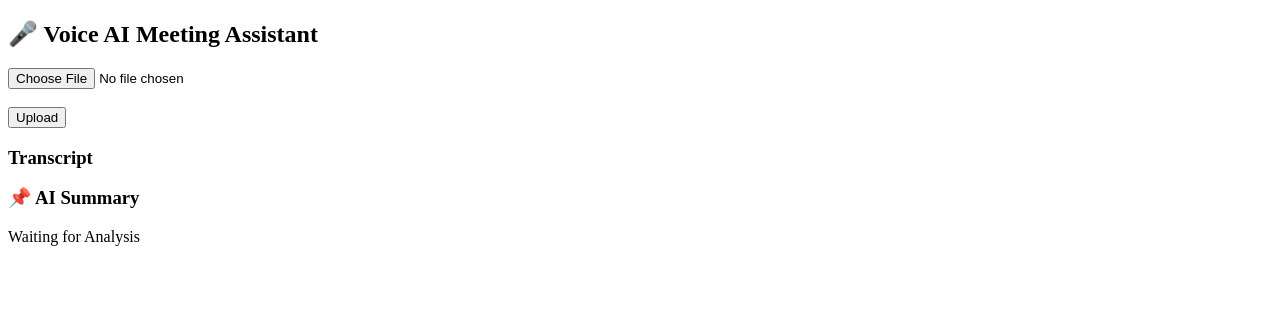
Repository: MujtabaHabib/Voice-AI-Meeting-Assistant
Page: index.html
These files come from the project's save history. The page is drawn as it stood at one moment and after a run of saves; the edit follows.
The browser window is 1280 px wide. The pictures show the whole page.

Above is the page before, as saved 2026-02-01 21:30:05.

### index.html
<!DOCTYPE html>
<html lang="en">
<head>
    <meta charset="UTF-8">
    <meta name="viewport" content="width=device-width, initial-scale=1.0">
    <link rel="stylesheet" href="style.css">
    <title>Voice AI Agent</title>
</head>
<body>
    <h2>🎤 Voice AI Meeting Assistant</h2>

    <input type="file" name="file" id="audioFile">
    <br><br>
    <button onclick="send()">Upload</button>

    <div class="box">
        <h3>Transcript</h3>

    </div>

    <div class="box">
        <h3>📌 AI Summary</h3>
        <p id="summary">Waiting for Analysis</p>
    </div>

<script>
    async function send() {
        const file = document.getElementById("audioFile").files[0]
        const form = new FormData()
        form.append("file",file)

    const res = await fetch("http://127.0.0.1:8000/voice-agent",{
        method : "POST",
        body : form
    })

    const data = await res.json()
    document.getElementById("output").textContent= JSON.stringify(data,null,2)
}
</script>
</body>
</html>

### style.css
*{
    font-family:Arial
    margin: 40px;
}

After the next 6 saves:
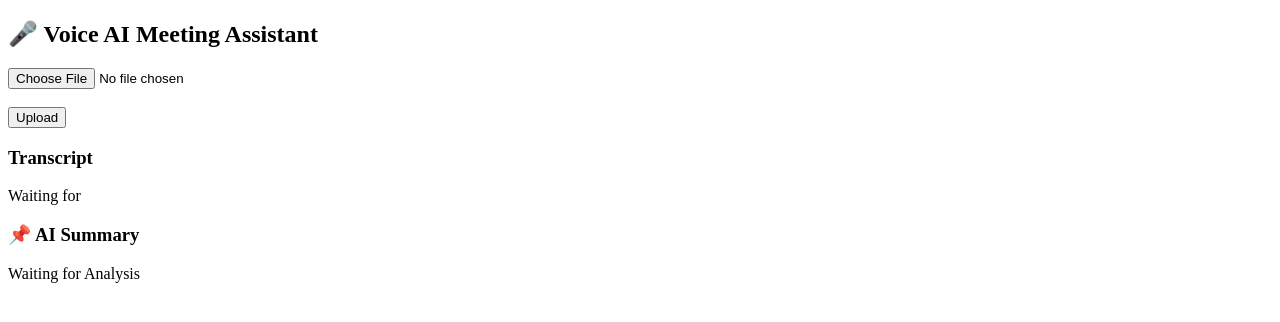
The 6 saves are shown as one change because they came seconds apart.
The last was saved 18 s later.
--- a/index.html
+++ b/index.html
@@ -15,7 +15,7 @@
 
     <div class="box">
         <h3>Transcript</h3>
-
+        <p id="transcript">Waiting for </p>
     </div>
 
     <div class="box">
